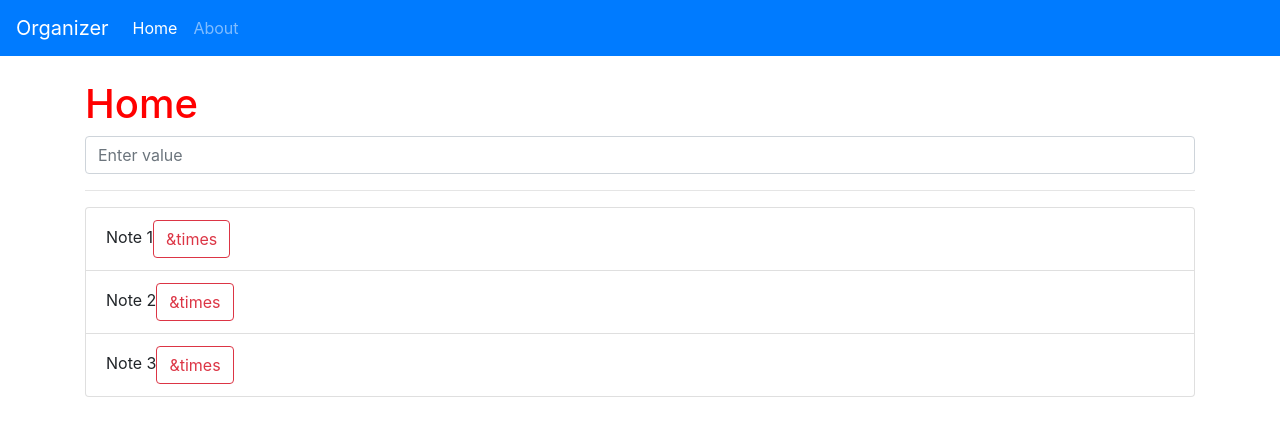
Repository: GregorPiev/orginizer-react-advanced
Page: /
An editor plug-in stored every save of this project. The page is shown before and after the next save, followed by the edit.
The browser window is 1280 px wide. The pictures show the whole page.
The project was rebuilt for these pictures with package versions that can differ from the ones it lists, and the page was loaded fresh each time. Also part of the build but not shown: src/pages/About/About.scss, src/pages/About/About.js.

Above is the page before, as saved 2020-08-24 11:24:18.

### src/index.scss
@import "~bootstrap/scss/bootstrap";
body {
	margin: 0;
	font-family: -apple-system, BlinkMacSystemFont, "Segoe UI", "Roboto", "Oxygen",
		"Ubuntu", "Cantarell", "Fira Sans", "Droid Sans", "Helvetica Neue",
		sans-serif;
	-webkit-font-smoothing: antialiased;
	-moz-osx-font-smoothing: grayscale;
}

code {
	font-family: source-code-pro, Menlo, Monaco, Consolas, "Courier New",
		monospace;
}

### src/App.js
import React from 'react';
import { BrowserRouter, Route, Switch } from 'react-router-dom';
import { Home } from './pages/Home/Home';
import { About } from './pages/About/About';
import { Navbar } from './components/Navbar';
function App() {
  return (
    <BrowserRouter>
      <Navbar />
      <div className="container pt-4">
        <Switch>
          <Route path="/" exact component={Home} />
          <Route path="/about" component={About} />
        </Switch>

      </div>
    </BrowserRouter>
  );
}

export default App;

### src/pages/Home/Home.js
import React, { Fragment } from 'react';
import { Form } from '../../components/Form';
import { Notes } from '../../components/Notes';
import './Home.scss';

export const Home = () => {
    const notes = new Array(3)
        .fill('')
        .map((_, i) => ({ id: i, title: `Note ${i + 1}` }))
    return (
        <Fragment >
            <h1 className="home">Home</h1>
            <Form />
            <hr />
            <Notes notes={notes} />
        </Fragment>
    )
}

### src/components/Navbar.js
import React from 'react';
import { NavLink } from 'react-router-dom';

export const Navbar = () => (
    <nav className="navbar navbar-dark navbar-expand-lg bg-primary">
        <div className="navbar-brand">
            Organizer
        </div>

        <ul className="navbar-nav">
            <li className="nav-item">
                <NavLink
                    className="nav-link"
                    to="/"
                    exact
                >
                    Home
                    </NavLink>
            </li>
            <li className="nav-item">
                <NavLink
                    className="nav-link"
                    to="/about">
                    About
                    </NavLink>
            </li>
        </ul>

    </nav>
)

### src/components/Form.js
import React from 'react';

export const Form = () => {

    return (
        <form>
            <div className="form-group">
                <input
                    className="form-control"
                    type="text"
                    placeholder="Enter value" />
            </div>
        </form>
    )
}

### src/components/Notes.js
import React from 'react';

export const Notes = ({ notes }) => {

    return (
        <ul className="list-group">
            {notes.map(note => (
                <li
                    key={note.id}
                    className="list-group-item">
                    {note.title}

                    <button type="button" className="btn btn-outline-danger">&times</button>
                </li>
            ))}
        </ul>
    )
}

### src/pages/Home/Home.scss
h1.home {
	color: red;
}

Loaded but not shown: public/index.html (common file); src/index.js (common file); src/serviceWorker.js (common file)

After the next save:
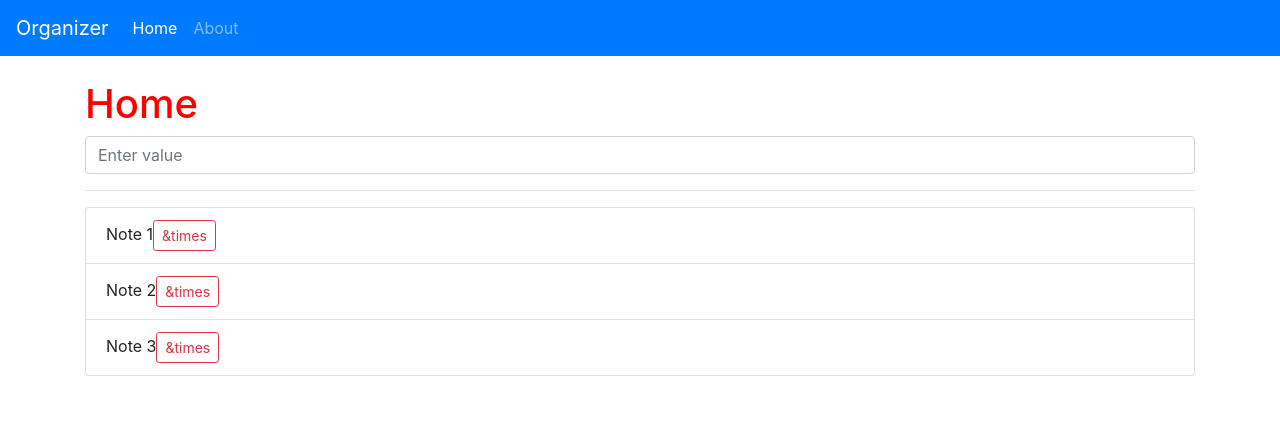
Saved 15 s later.
--- a/src/components/Notes.js
+++ b/src/components/Notes.js
@@ -10,7 +10,7 @@ export const Notes = ({ notes }) => {
                     className="list-group-item">
                     {note.title}
 
-                    <button type="button" className="btn btn-outline-danger">&times</button>
+                    <button type="button" className="btn btn-outline-danger btn-sm">&times</button>
                 </li>
             ))}
         </ul>
